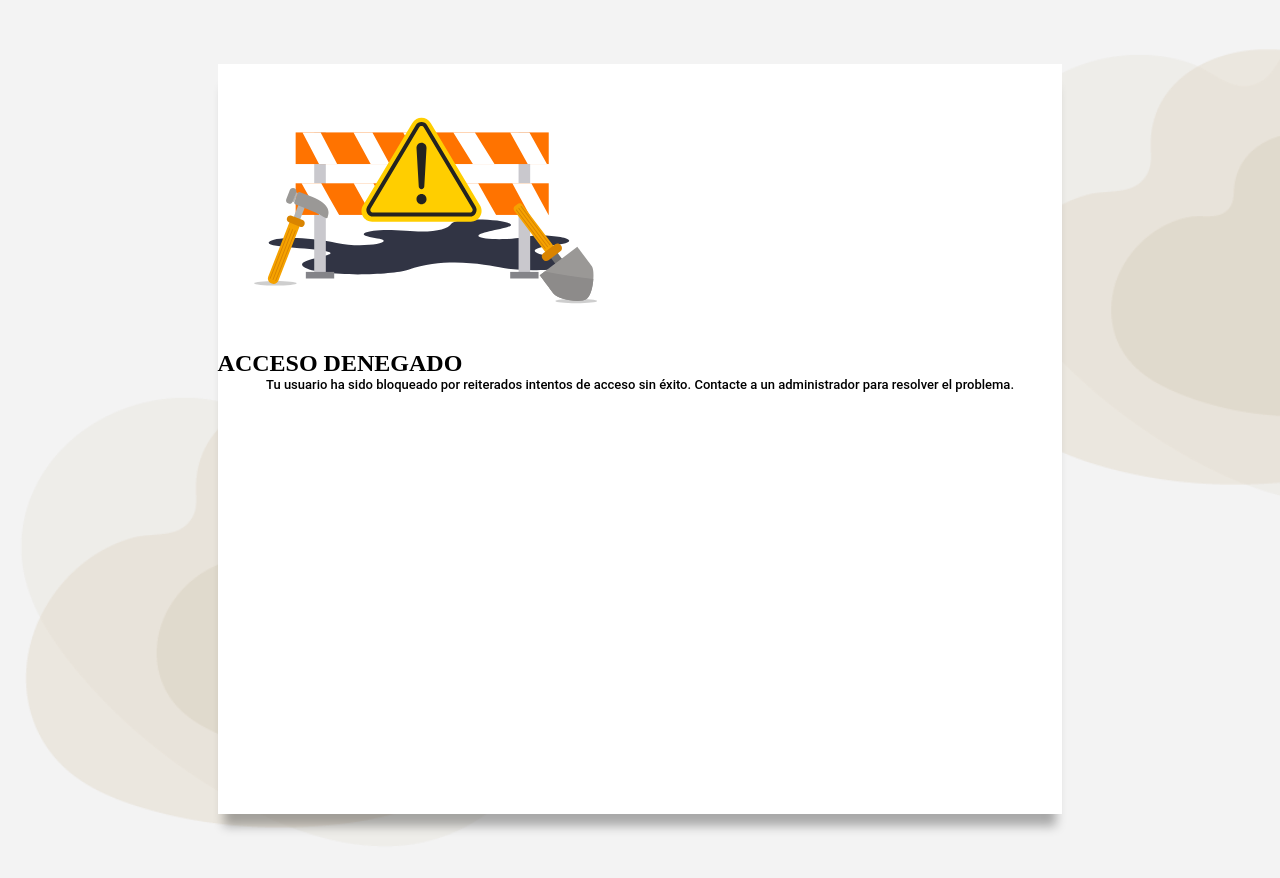
Repository: AlejandraBarrachina23/TPIntegrador_Barrachina_Java
Page: http://localhost/Alejandra_Barrachina_TP_Integrador1/error404.jsp
The author's editor kept a copy of each file at every save. The page is drawn from the files as they stood at one save, then again after the next save.
The browser window is 1280 px wide. The pictures show the whole page.
Some web libraries are served in a nearby version. The page is served by Tomcat 9. Nobody is signed in. The application's start-up code is not run.

Above is the page before, as saved 2019-12-04 22:05:54.

After the next save:
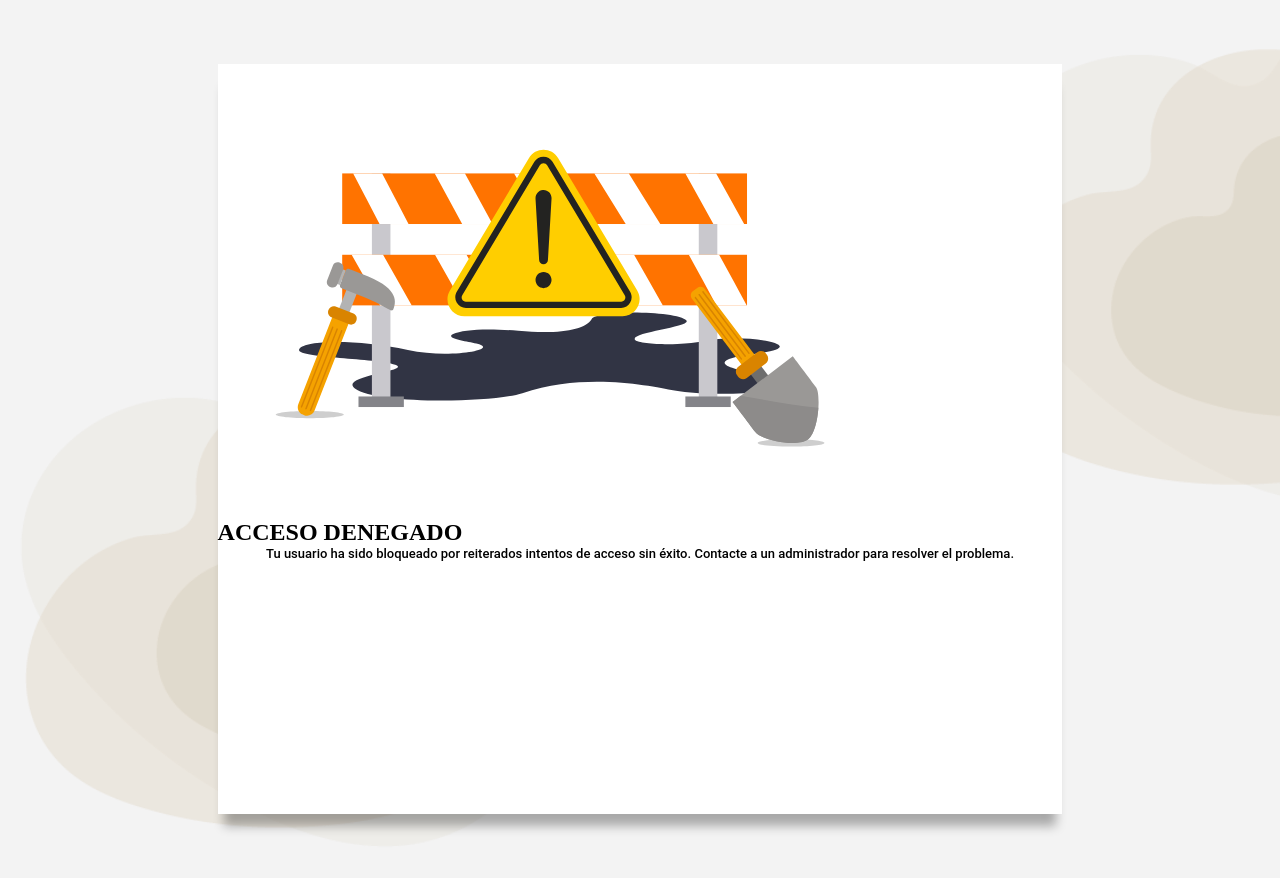
Saved 15 s later.
--- a/Alejandra_Barrachina_TP_Integrador1/WebContent/estilos.css
+++ b/Alejandra_Barrachina_TP_Integrador1/WebContent/estilos.css
@@ -31,7 +31,7 @@ body {
 
   #error-404 img {
 
-  width:50%;
+  width:80%;
 
   }
 
